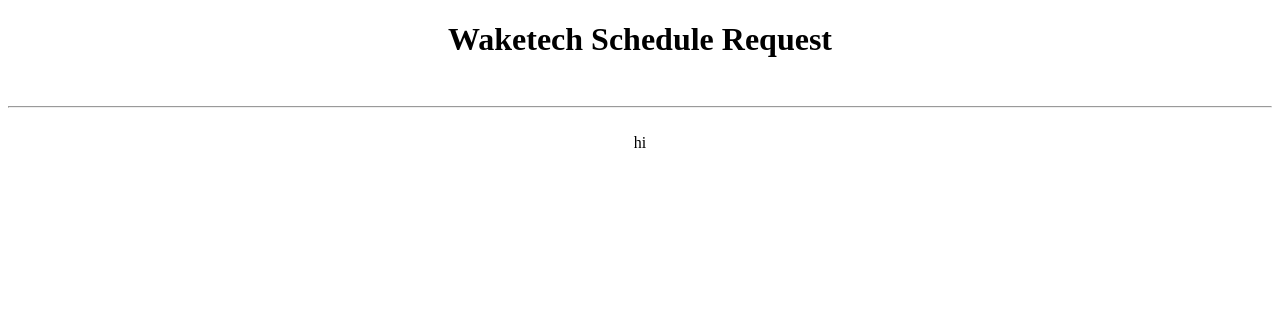
Repository: weshayutin/java258Online
Page: workspace/Week1Assignment/WebContent/schedule.html
The author's editor kept a copy of each file at every save. The page is drawn from the files as they stood at one save, then again after the next save.
The browser window is 1280 px wide. The pictures show the whole page.

Above is the page before, as saved 2011-01-23 20:22:54.

After the next save:
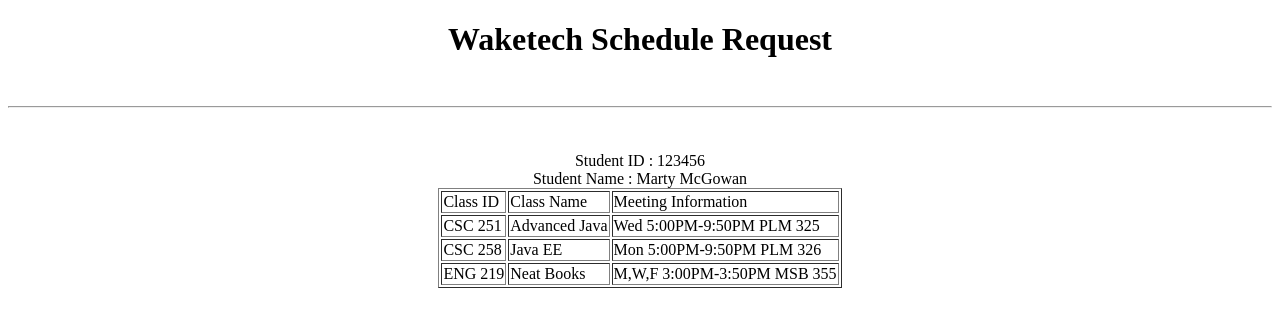
Saved 8 min 14 s later.
--- a/workspace/Week1Assignment/WebContent/schedule.html
+++ b/workspace/Week1Assignment/WebContent/schedule.html
@@ -11,7 +11,36 @@
 <br>
 <center>
 
-hi
+<br>Student ID : 123456
+<br>Student Name : Marty McGowan
+
+<table border="1">
+<tr><b>
+<td>Class ID</td>
+<td>Class Name</td>
+<td>Meeting Information</td>
+</b>
+</tr>
+<tr>
+<td>CSC 251</td>
+<td>Advanced Java</td>
+<td>Wed 5:00PM-9:50PM PLM 325</td>
+</tr>
+<tr>
+<td>CSC 258</td>
+<td>Java EE</td>
+<td>Mon 5:00PM-9:50PM PLM 326</td>
+</tr>
+<tr>
+<td>ENG 219</td>
+<td>Neat Books</td>
+<td>M,W,F 3:00PM-3:50PM MSB 355</td>
+</tr>
+
+
+</table>
+
+
 
 
 </center>
